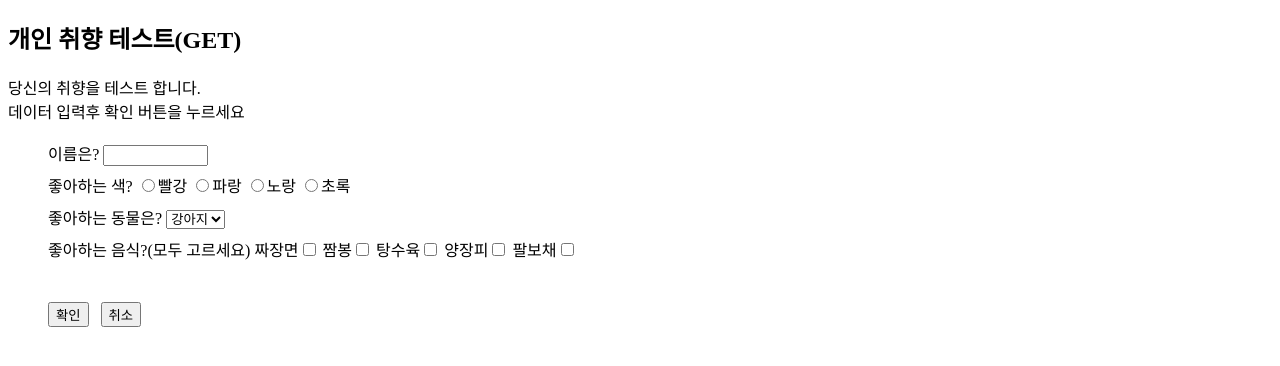
Repository: uriquely/web_server_assignment
Page: 210206_server_assignment/01_HelloWeb/WebContent/servlet/testPerson1.html
An editor plug-in stored every save of this project. The page is shown before and after the next save, followed by the edit.
The browser window is 1280 px wide. The pictures show the whole page.

Above is the page before, as saved 2021-02-02 05:35:34.

After the next save:
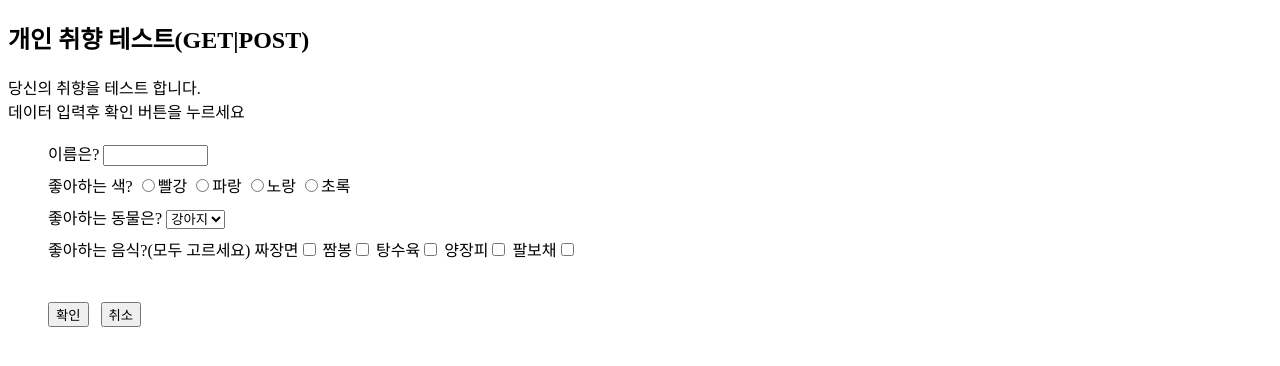
Saved 2 min 2 s later.
--- a/210206_server_assignment/01_HelloWeb/WebContent/servlet/testPerson1.html
+++ b/210206_server_assignment/01_HelloWeb/WebContent/servlet/testPerson1.html
@@ -5,7 +5,7 @@
 <title>개인 취향 테스트</title>
 </head>
 <body>
-	<h2>개인 취향 테스트(GET)</h2>
+	<h2>개인 취향 테스트(GET|POST)</h2>
 	당신의 취향을 테스트 합니다.<br/>
 	데이터 입력후 확인 버튼을 누르세요<br/>
 
